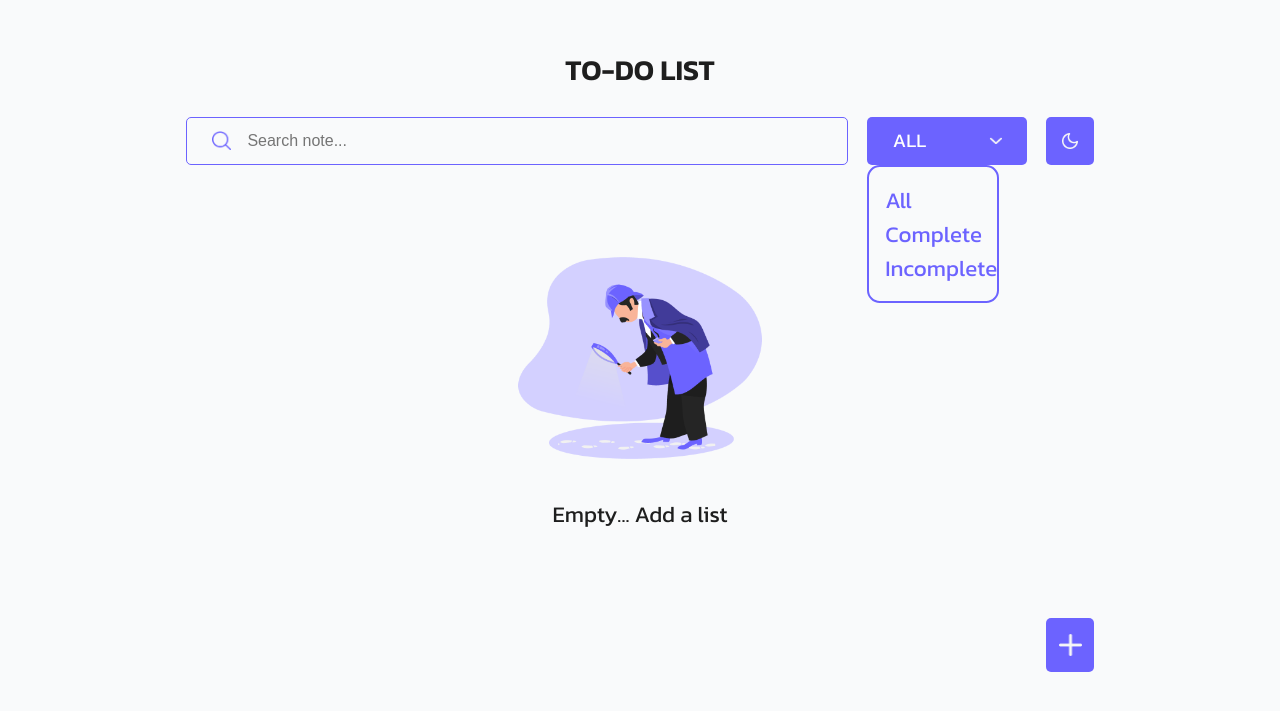
Repository: Marykeje/To-do-list
Page: index.html
These files come from the project's save history. The page is drawn as it stood at one moment and after the next save; the edit follows.
The browser window is 1280 px wide. The pictures show the whole page.
The style sheet was rebuilt from its Sass, Less or Tailwind sources for each picture, by a compiler version that may differ from the author's.

Above is the page before, as saved 2025-12-03 11:32:48.

### index.html
<!DOCTYPE html>
<html lang="en">
  <head>
    <meta charset="UTF-8" />
    <meta name="viewport" content="width=device-width, initial-scale=1.0" />
    <title>To-do-list</title>

    <link rel="stylesheet" href="./css/style.css" />
  </head>
  <body>
    <div class="to-do container">
      <div class="header">
        <h1 class="header__title">To-do List</h1>
        <div class="header__heading-info">
          <div class="header__search">
            <img src="./img/search-icon.png" alt="search-icon" />
            <input type="text" placeholder="Search note..." />
          </div>
          <div class="header__btns">
            <div class="header__all-select">
              <div class="header__select-part">
                <p>ALL</p>
                <img src="./img/chevron-top.png" alt="" />
              </div>
              <div class="header__all-dropdown">
                <p>All</p>
                <p>Complete</p>
                <p>Incomplete</p>
              </div>
            </div>
            <div class="header__mode-btn">
              <img src="./img/mode-icon.png" alt="" />
            </div>
          </div>
        </div>
      </div>
      <div class="empty">
        <img src="./img/empty-icon.png" alt="" />
        <p>Empty... Add a list</p>
      </div>
      <div class="add-list">
        <div class="add-list__list-item">
          <div class="add-list__lists">
            <div class="add-list__list-check">
              <div>
                <input type="checkbox" />
              </div>
              <p>NOTE 1</p>
            </div>
            <div class="add-list__edit-icons">
              <img src="./img/edit-icon.svg" alt="" />
              <img src="./img/delete-icon.svg" alt="" />
            </div>
          </div>
          <div class="add-list__lists">
            <div class="add-list__list-check">
              <div>
                <input type="checkbox" />
              </div>
              <p>NOTE 2</p>
            </div>
            <div class="add-list__edit-icons">
              <img src="./img/edit-icon.svg" alt="" />
              <img src="./img/delete-icon.svg" alt="" />
            </div>
          </div>
          <div class="add-list__lists">
            <div class="add-list__list-check">
              <label class="check">
                <input type="checkbox" id="my-check" />
                <span class="check__checkmark"></span>
              </label>
              <p>NOTE 3</p>
            </div>
            <div class="add-list__edit-icons">
              <img src="./img/edit-icon.svg" alt="" />
              <img src="./img/delete-icon.svg" alt="" />
            </div>
          </div>
        </div>
      </div>
      <div class="add-icon" id="add-btn" onclick="openModal()">
        <img src="./img/plus-icon.png" alt="" />
      </div>
    </div>

    <!-- for add list pop up -->
    <div class="modal" id="modal">
      <div class="modal__heading">
        <h4>New note</h4>
        <div class="header__search">
          <input type="text" placeholder="Input your note" />
        </div>
      </div>
      <div class="btns">
        <button class="btns__cancel" id="cancel-modal" onclick="closeModal()">
          Cancel
        </button>
        <button class="btns__apply" id="apply">Apply</button>
      </div>
    </div>
    <div class="overlay hidden" id="closeOverlay"></div>

    <script src="./js/script.js"></script>
  </body>
</html>

### js/script.js
function cancel() {}

// getting the elements
// let cancel = (document.getElementById("cancel").style.display = "none");

// let open = document.getElementById("add");
// let modal = document.getElementByIdby("openModal");
// let cancelModal = document.getElementById("cancelModal");

// when button is opened
// modal.addEventListener("click", () => {
// open.style.display = ""
// modal.style.display = "block"; // show modal
// });

// const openModal = function () {
// console.log("Button clicked");
// modal.classList.add("open"); //gives the list of css class in the element
// };

function openModal() {
  const clickOpen = document.getElementById("add-btn");
  const modal = document.getElementById("modal");
  const overlay = document.getElementById("closeOverlay");

  // const closeModal = document.getElementById("cancelModal");

  clickOpen.style.display = "block";
  modal.style.display = "block";
  overlay.style.display = "block";
  // closeModal.style.display.hidden = "";

  // console.log(modal.style.display)
}

// openModal()
// for the close modal
function closeModal() {
  const closeModal = document.getElementById("cancel-modal");
  const modal = document.getElementById("modal");
  const overlay = document.getElementById("closeOverlay");

  closeModal.style.display = "block";
  modal.style.display = "none";
  overlay.style.display = "none";
}

### sass/main.scss
@import "./pages/style.scss";

### sass/pages/style.scss
/* Inter Font Import */
@import url("https://fonts.googleapis.com/css2?family=Inter:ital,opsz,wght@0,14..32,100..900;1,14..32,100..900&display=swap");

//  for roboto font
@import url("https://fonts.googleapis.com/css2?family=Montserrat:ital,wght@0,100..900;1,100..900&family=Roboto:ital,wght@0,100..900;1,100..900&display=swap");
// Kanit
@import url("https://fonts.googleapis.com/css2?family=Kanit:ital,wght@0,300;0,400;0,500;0,600;0,700;1,300;1,400;1,500;1,600;1,700&display=swap");

* {
  margin: 0;
  padding: 0;
  box-sizing: border-box;
}

.html {
  font-size: 50%;
}

body {
  font-size: 1.6rem;
  // font-weight: 500;
  font-family: "Kanit", sans-serif;
  background-color: #f9fafb;
  color: #1e1e1e;
}

.container {
  max-width: 60rem;
  margin: auto;
  padding: 3rem 1.6rem;
  height: 100vh;
}

.to-do {
  display: flex;
  flex-direction: column;
  gap: 2.4rem;
}

.header {
  display: flex;
  flex-direction: column;
  gap: 1.6rem;

  @media (max-width: 650px) {
    gap: 1.2rem;
  }

  &__title {
    font-size: 1.8rem;
    font-weight: 600;
    text-align: center;
    text-transform: uppercase;

    @media (max-width: 550px) {
      font-size: 1.4rem;
    }
  }

  &__heading-info {
    display: flex;
    align-items: center;
    gap: 1.2rem;

    @media (max-width: 550px) {
      // gap: 1rem;
      flex-wrap: wrap;
    }
  }

  &__search {
    padding: 0.8rem 1.6rem;
    border: 1px solid #6c63ff;
    border-radius: 5px;

    display: flex;
    align-items: center;
    gap: 1rem;

    width: 100%;
    height: 3rem;

    @media (max-width: 450px) {
      padding: 5px 0.8rem;
      height: 3rem;
    }

    @media (max-width: 350px) {
      height: 2rem;
    }

    & img {
      display: block;
      width: 1.2rem;
    }

    &::placeholder {
      font-family: "Inter", sans-serif ;
    }
  }

  &__btns {
    display: flex;
    align-items: center;
    gap: 1.2rem;

    @media (max-width: 550px) {
      gap: 0.8rem;
    }
  }

  &__all-select {
    position: relative;
  }

  &__select-part {
    display: flex;
    align-items: center;
    justify-content: space-between;
    gap: 1.4rem;

    padding: 1rem 1.6rem;
    height: 3rem;
    width: 10rem;

    font-size: 1.2rem;
    background-color: #6c63ff;
    color: #ffffff;
    border-radius: 5px;

    @media (max-width: 550px) {
      height: 2.5rem;
    }

    & img {
      display: block;
      width: 0.8rem;
    }
  }

  &__all-dropdown {
    position: absolute;
    padding: 1rem 0rem 1rem 1rem;

    color: #6c63ff;
    font-size: 1.4rem;
    border: 2px solid #6c63ff;
    border-radius: .8rem;
  }

  &__mode-btn {
    background-color: #6c63ff;
    color: #ffffff;
    border-radius: 5px;
    cursor: pointer;

    padding: 1rem;
    height: 3rem;
    width: 3rem;

    display: flex;
    justify-content: center;

    @media (max-width: 550px) {
      height: 2.5rem;
      padding: 0.8rem;
    }

    & img {
      display: block;
      width: 1.4rem;

      @media (max-width: 550px) {
        width: 1.2rem;
      }
    }
  }
}

.empty {
  display: flex;
  flex-direction: column;
  align-items: center;
  justify-content: center;
  gap: 2rem;

  height: 60vh;

  @media (max-width: 550px) {
    height: 55vh;
  }

  & img {
    display: block;
    width: 17rem;

    @media (max-width: 550px) {
      width: 12rem;
    }
  }

  & p {
    font-size: 1.4rem;

    @media (max-width: 550px) {
      font-size: 1rem;
    }
  }
}

.add-list {
  display: flex;
  flex-direction: column;
  gap: 2.4rem;

  font-family: "inter", sans-serif;

  padding: 0rem 7rem;
  height: 60vh;

  display: none;

  &__lists {
    padding: 1rem;
    border-bottom: 1px solid #6c63ff;

    display: flex;
    justify-content: space-between;
  }

  &__list-check {
    display: flex;
    align-items: center;
    gap: 1.2rem;

    & p {
      font-weight: 600;
    }
  }

  &__edit-icon {
    display: flex;
    align-items: center;
    gap: 1.2rem;

    & img {
      display: block;
      width: 1.8rem;
      color: #cdcdcd;
    }
  }
}

.add-icon {
  background-color: #6c63ff;
  color: #ffffff;
  border-radius: 5px;
  cursor: pointer;

  padding: 1rem;
  margin-left: auto;
  width: 3rem;

  display: flex;
  justify-content: center;

  @media (max-width: 550px) {
    height: 2.5rem;
    padding: 0.8rem;
  }

  & img {
    display: block;
    width: 1.4rem;

    @media (max-width: 550px) {
      width: 1.2rem;
    }
  }
}

input {
  width: 100%;
  border: none;
  font-size: 1rem;

  background: transparent;

  &:focus {
    outline: none;
  }

  &::placeholder {
    @media (max-width: 350px) {
      font-size: 0.8rem;
    }
  }
}

.check {
  display: block;
  position: relative;
  padding-left: 2rem;
  cursor: pointer;
  font-size: 1.6rem;
  user-select: none; /* prevent text selection*/

  // input[type="checkbox"] {
  // position: absolute;
  // opacity: 0; /* hides the actual result*/
  // height: 0;
  // width: 0;
  // -webkit-appearance: none;
  // }

  &__checkmark {
    position: absolute;
    top: 0;
    left: 0;
    height: 2rem;
    width: 2rem;
    // background-color: #fff;
    border: 1px solid #6c63ff;
    border-radius: 5px;

    & ::after {
      content: "";
      position: absolute;
      display: none;
      left: 0.9prem;
      top: 5px;
      height: 1rem;
      border: #ffffff;
      // border-width: 0 3px 3px 0;
      // transform: rotate(45deg);
    }

    input[type="checkbox"]:checked {
      background-color: #6c63ff;
      border: none;

      display: none;
    }
  }
}

// modal style
.overlay {
  position: fixed;
  top: 0;
  left: 0;
  width: 100vw;
  height: 100vh;
  background-color: rgba($color: #1a1a1a, $alpha: 0.8);
  cursor: pointer;
  z-index: 9999;

  &.hidden {
    display: none;
  }
}

.modal {
  position: fixed;
  left: 50%;
  top: 35%;
  z-index: 99999;

  width: 40rem;
  max-width: 90dvw;
  // height: 100dvh;
  // transform: translateX(100%);
  transform: translate(-50%, -50%);

  background-color: #ffffff;
  border-radius: 1.6rem;

  // transition: all 0.3s ease-out;

  padding: 2.4rem;

  display: flex;
  flex-direction: column;
  gap: 2rem;

  display: none;

  @media (max-width: 540px) {
    width: 30rem;
    padding: 1.8rem;
  }

  @media (max-width: 450px) {
    padding: 1rem 1.4rem;
  }

  @media (max-width: 350px) {
    top: initial;
    bottom: 0;
    right: 0;

    width: 100%;
    transform: translate(-50%, 0);
    border-bottom-left-radius: 0;
    border-bottom-right-radius: 0;

    padding: 1rem;
    // max-width: 100dvw;
  }

  .open {
    transform: translate(-50%, -50%) scale(1);
    pointer-events: all;
    overflow-y: auto;

    @media (max-width: 450px) {
      // transform: translate(0, 0);
    }
  }

  &__heading {
    height: 12rem;

    display: flex;
    flex-direction: column;
    align-items: center;
    gap: 1.4rem;

    @media (max-width: 540px) {
      gap: 1rem;
    }

    @media (max-width: 350px) {
      gap: 0.8rem;
    }

    & h4 {
      text-transform: uppercase;
      font-size: 1.4rem;

      @media (max-width: 350px) {
        font-size: 1.2rem;
      }
    }
  }
}

.btns {
  display: flex;
  justify-content: space-between;

  &__cancel {
    text-transform: uppercase;
    color: #6c63ff;
    font-weight: 700;
    background: none;
    border: 1.5px solid #6c63ff;
    border-radius: 5px;

    padding: 0.8rem 1.2rem;

    cursor: pointer;

    @media (max-width: 450px) {
      padding: 0.8rem 1rem;
      font-weight: 600;
    }

    @media (max-width: 350px) {
      padding: 5px 7px;
      font-weight: 500;
    }
  }

  &__apply {
    text-transform: uppercase;
    color: #ffffff;
    font-weight: 700;
    background: #6c63ff;
    border: none;
    border-radius: 5px;

    padding: 0.8rem 1.2rem;

    cursor: pointer;

    @media (max-width: 450px) {
      padding: 0.8rem 1rem;
      font-weight: 600;
    }

    @media (max-width: 350px) {
      padding: 5px 7px;
      font-weight: 500;
    }
  }
}

After the next save:
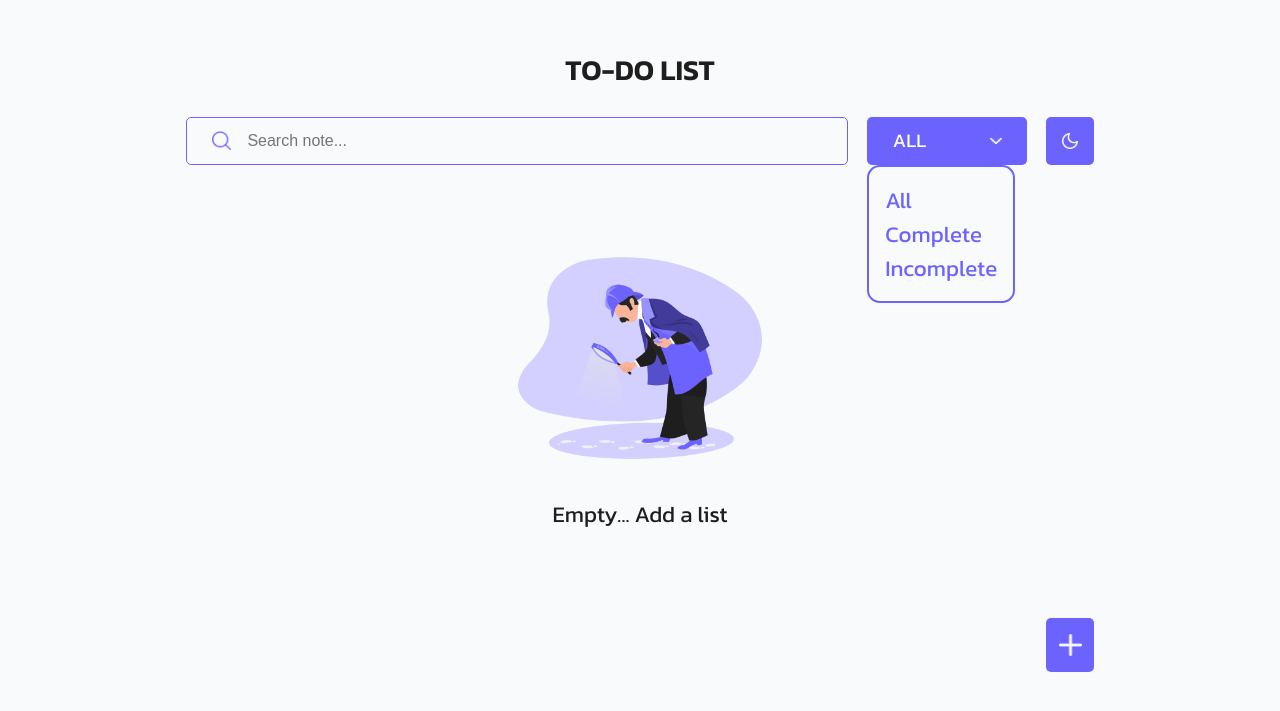
Saved 12 s later.
--- a/sass/pages/style.scss
+++ b/sass/pages/style.scss
@@ -140,7 +140,7 @@ body {
 
   &__all-dropdown {
     position: absolute;
-    padding: 1rem 0rem 1rem 1rem;
+    padding: 1rem;
 
     color: #6c63ff;
     font-size: 1.4rem;
